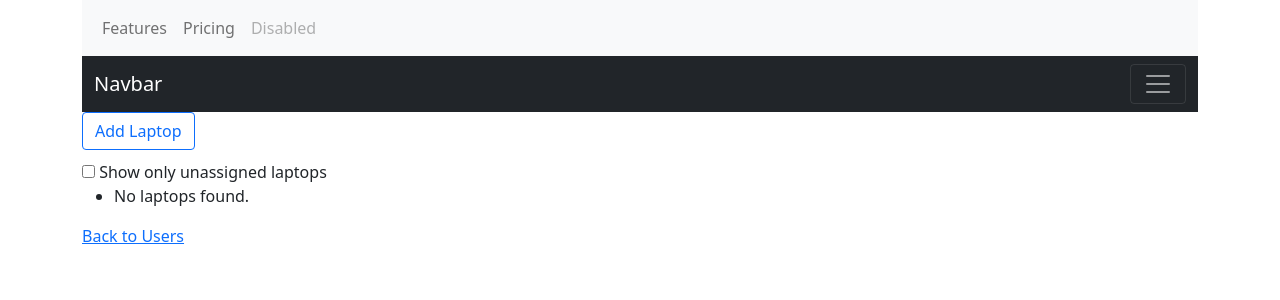
Repository: RishabhSpark/asset-management
Page: app/templates/laptops.html
These files come from the project's save history. The page is drawn as it stood at one moment and after the next save; the edit follows.
The browser window is 1280 px wide. The pictures show the whole page.
The page is served by the project's application, run on Flask 3 (app/main.py). Other server files are loaded and not shown. The template is opened directly, without the code that normally fills it, so the values that code supplies are empty.

Above is the page before, as saved 2025-06-11 16:12:16.

### app/templates/laptops.html
<!DOCTYPE html>
<html>
  <head>
    <title>Laptops</title>
    <link
      href="https://cdn.jsdelivr.net/npm/bootstrap@5.0.2/dist/css/bootstrap.min.css"
      rel="stylesheet"
      integrity="sha384-EVSTQN3/azprG1Anm3QDgpJLIm9Nao0Yz1ztcQTwFspd3yD65VohhpuuCOmLASjC"
      crossorigin="anonymous"
    />
  </head>
  <body class="container">
    <nav class="navbar navbar-expand-lg navbar-light bg-light">
      <div class="container-fluid">
        <button
          class="navbar-toggler"
          type="button"
          data-bs-toggle="collapse"
          data-bs-target="#navbarNav"
          aria-controls="navbarNav"
          aria-expanded="false"
          aria-label="Toggle navigation"
        >
          <span class="navbar-toggler-icon"></span>
        </button>
        <div class="collapse navbar-collapse" id="navbarNav">
          <ul class="navbar-nav">
            <li class="nav-item"></li>
            <li class="nav-item">
              <a class="nav-link" href="#">Features</a>
            </li>
            <li class="nav-item">
              <a class="nav-link" href="#">Pricing</a>
            </li>
            <li class="nav-item">
              <a
                class="nav-link disabled"
                href="#"
                tabindex="-1"
                aria-disabled="true"
                >Disabled</a
              >
            </li>
          </ul>
        </div>
      </div>
    </nav>
    <nav class="navbar navbar-dark bg-dark">
      <div class="container-fluid">
        <a class="navbar-brand" href="#">Navbar</a>
        <button
          class="navbar-toggler"
          type="button"
          data-bs-toggle="collapse"
          data-bs-target="#navbarNavDropdown"
          aria-controls="navbarNavDropdown"
          aria-expanded="false"
          aria-label="Toggle navigation"
        >
          <span class="navbar-toggler-icon"></span>
        </button>
        <div class="collapse navbar-collapse" id="navbarNavDropdown">
          <ul class="navbar-nav">
            <li class="nav-item"></li>
            <li class="nav-item">
              <a href="{{ url_for('download_invoices') }}"
                >Download All Invoices (Excel)</a
              >
            </li>
            <li class="nav-item">
              <a href="{{ url_for('download_asset_records') }}"
                >Download All Asset Records (CSV)</a
              >
            </li>
            <li class="nav-item">
              <a href="{{ url_for('download_assignment_history') }}"
                >Download Assignment History (CSV)</a
              >
            </li>
          </ul>
        </div>
      </div>
    </nav>
    <a href="{{ url_for('add_laptop') }}" class="btn btn-outline-primary"
      >Add Laptop</a
    >
    <form
      method="get"
      action="{{ url_for('list_laptops') }}"
      style="margin-top: 10px"
    >
      <label
        ><input
          type="checkbox"
          name="unassigned"
          value="1"
          {%
          if
          show_unassigned
          %}checked{%
          endif
          %}
          onchange="this.form.submit()"
        />
        Show only unassigned laptops</label
      >
    </form>
    <ul>
      {% for laptop in laptops %}
      <li>
        ID: {{ laptop.id }} | Model: {{ laptop.laptop_model }} | Serial: {{
        laptop.laptop_serial_number }}
        <a href="{{ url_for('laptop_detail', laptop_id=laptop.id) }}"
          >Details</a
        >
        <a href="{{ url_for('edit_laptop', laptop_id=laptop.id) }}">Edit</a>
        <form
          method="post"
          action="{{ url_for('retire_laptop', laptop_id=laptop.id) }}"
          style="display: inline"
        >
          <input
            type="submit"
            value="Retire/Dispose"
            onclick="return confirm('Are you sure?');"
          />
        </form>
      </li>
      {% else %}
      <li>No laptops found.</li>
      {% endfor %}
    </ul>
    <a href="{{ url_for('users') }}">Back to Users</a>
    <script
      src="https://cdn.jsdelivr.net/npm/bootstrap@5.0.2/dist/js/bootstrap.bundle.min.js"
      integrity="sha384-MrcW6ZMFYlzcLA8Nl+NtUVF0sA7MsXsP1UyJoMp4YLEuNSfAP+JcXn/tWtIaxVXM"
      crossorigin="anonymous"
    ></script>
    <link
      href="https://cdn.jsdelivr.net/npm/bootstrap-icons@1.5.0/font/bootstrap-icons.css"
      rel="stylesheet"
    />
  </body>
</html>

### db/database.py
from sqlalchemy import create_engine, Column, Integer, String, Float, ForeignKey, Boolean
from sqlalchemy.ext.declarative import declarative_base
from sqlalchemy.orm import relationship, sessionmaker
import os

Base = declarative_base()
DATABASE_URL = "sqlite:///invoices_database.db"

engine = create_engine(DATABASE_URL, echo=True)
SessionLocal = sessionmaker(bind=engine)

class LaptopInvoice(Base):
    __tablename__ = "laptop_invoices"

    id = Column(Integer, primary_key=True, index=True)
    invoice_number = Column(String, index=True)
    order_date = Column(String)
    invoice_date = Column(String)
    order_number = Column(String)
    supplier_name = Column(String)
    # Relationship to laptop items
    items = relationship("LaptopItem", cascade="all, delete-orphan", backref="invoice")

class LaptopItem(Base):
    __tablename__ = "laptop_items"
    id = Column(Integer, primary_key=True, index=True)
    invoice_id = Column(Integer, ForeignKey("laptop_invoices.id"))
    laptop_model = Column(String)
    processor = Column(String)
    ram = Column(String)
    storage = Column(String)
    model_color = Column(String)
    screen_size = Column(String)
    laptop_os = Column(String)
    laptop_os_version = Column(String)
    laptop_serial_number = Column(String, unique=True)
    warranty_duration = Column(Integer)
    laptop_price = Column(Float)
    created_at = Column(String, default=None)
    warranty_expiry = Column(String, nullable=True)
    is_retired = Column(Boolean, default=False)
    is_active = Column(Boolean, default=True)

class User(Base):
    __tablename__ = "users"
    id = Column(Integer, primary_key=True, index=True)
    name = Column(String, nullable=False)
    email = Column(String, unique=True, index=True, nullable=False)
    is_active = Column(Boolean, default=True)
    # Relationship to assignments
    assignments = relationship("LaptopAssignment", cascade="all, delete-orphan", backref="user")

class LaptopAssignment(Base):
    __tablename__ = "laptop_assignments"
    id = Column(Integer, primary_key=True, index=True)
    laptop_item_id = Column(Integer, ForeignKey("laptop_items.id"))
    user_id = Column(Integer, ForeignKey("users.id"))
    assigned_at = Column(String)
    unassigned_at = Column(String, nullable=True)

    laptop_item = relationship("LaptopItem", backref="assignments")

class MaintenanceLog(Base):
    __tablename__ = "maintenance_logs"
    id = Column(Integer, primary_key=True, index=True)
    laptop_item_id = Column(Integer, ForeignKey("laptop_items.id"))
    date = Column(String)
    description = Column(String)
    performed_by = Column(String)
    laptop_item = relationship("LaptopItem", backref="maintenance_logs")

def init_db():
    if not os.path.exists("laptop_database.db"):
        Base.metadata.create_all(bind=engine)
    # Always check and create new tables if needed
    Base.metadata.create_all(bind=engine)

Loaded but not shown: app/main.py (563 lines, source omitted)

After the next save:
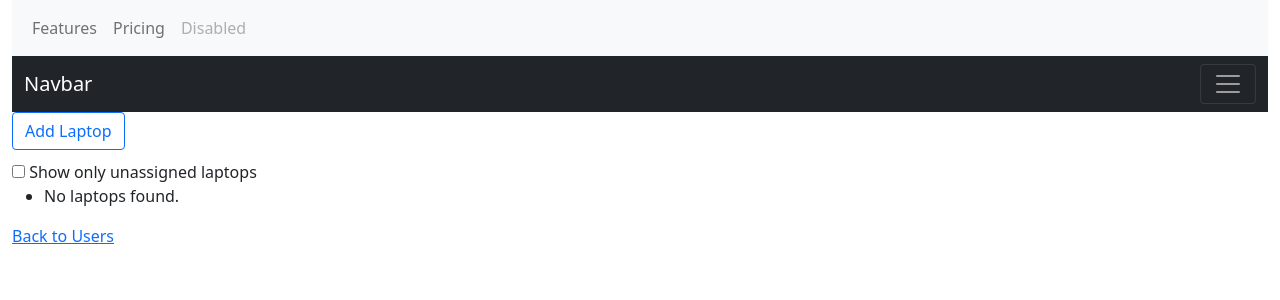
Saved 13 s later.
--- a/app/templates/laptops.html
+++ b/app/templates/laptops.html
@@ -9,7 +9,7 @@
       crossorigin="anonymous"
     />
   </head>
-  <body class="container">
+  <body class="container-fluid">
     <nav class="navbar navbar-expand-lg navbar-light bg-light">
       <div class="container-fluid">
         <button
